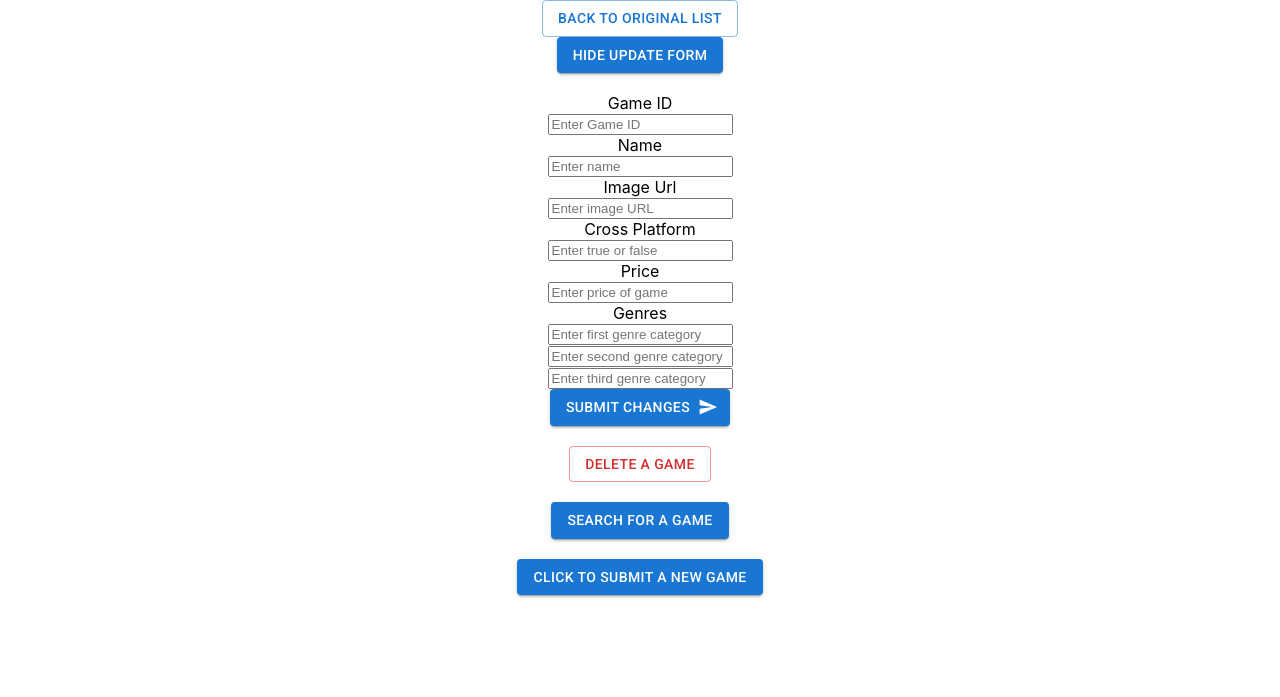
Repository: The-Software-Guild/assessment-2-react-nj10deadend
Page: / (app in Part-2/React-section/frontend/), after clicking the first element matching `button.MuiButton-contained`
An editor plug-in stored every save of this project. The page is shown before and after the next save, followed by the edit.
The browser window is 1280 px wide. The pictures show the whole page.
The page's requests for data from a server got no answer. The project was rebuilt for these pictures with package versions that can differ from the ones it lists, and the page was loaded fresh each time. No one was signed in, and anything a server would have sent is missing. Also part of the build but not shown: Part-2/React-section/frontend/src/components/GameCards.js.

Above is the page before, as saved 2021-12-19 21:40:30.

After the next save:
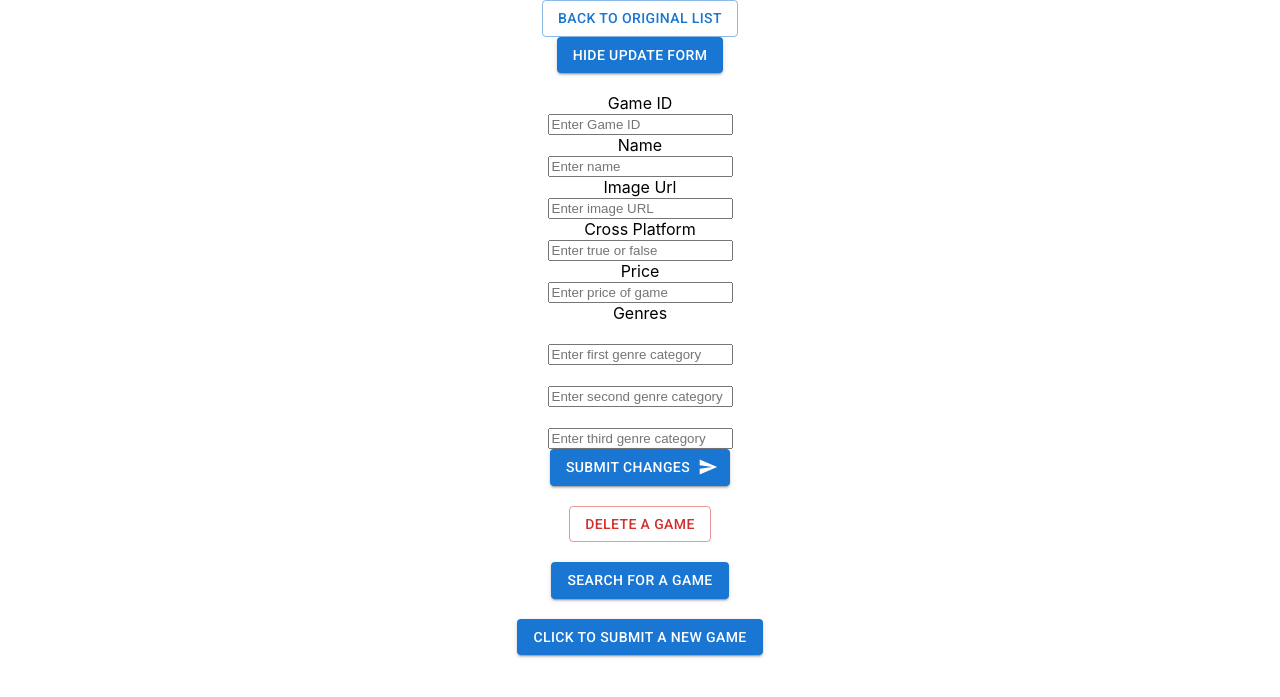
Saved 2 min 25 s later.
--- a/Part-2/React-section/frontend/src/components/UpdateGame.js
+++ b/Part-2/React-section/frontend/src/components/UpdateGame.js
@@ -83,11 +83,14 @@
                             <div>
                                 <label for="genres">Genres</label>
                                 <br></br>
+                                <br></br>
                                 <input type="text" name="genre1" placeholder="Enter first genre category" id="genre1"
                                 value={genres[0]} onChange={(event) => {setGenres([event.target.value, genres[1], genres[2]])}}/>
                                 <br></br>
+                                <br></br>
                                 <input type="text" name="genre2" placeholder="Enter second genre category" id="genre2"
                                 value={genres[1]} onChange={(event) => {setGenres([genres[0], event.target.value, genres[2] ])}}/>
+                                <br></br>
                                 <br></br>
                                 <input type="text" name="genre3" placeholder="Enter third genre category" id="genre3"
                                 value={genres[2]} onChange={(event) => {setGenres([genres[0], genres[1], event.target.value])}}/>

After the save that followed:
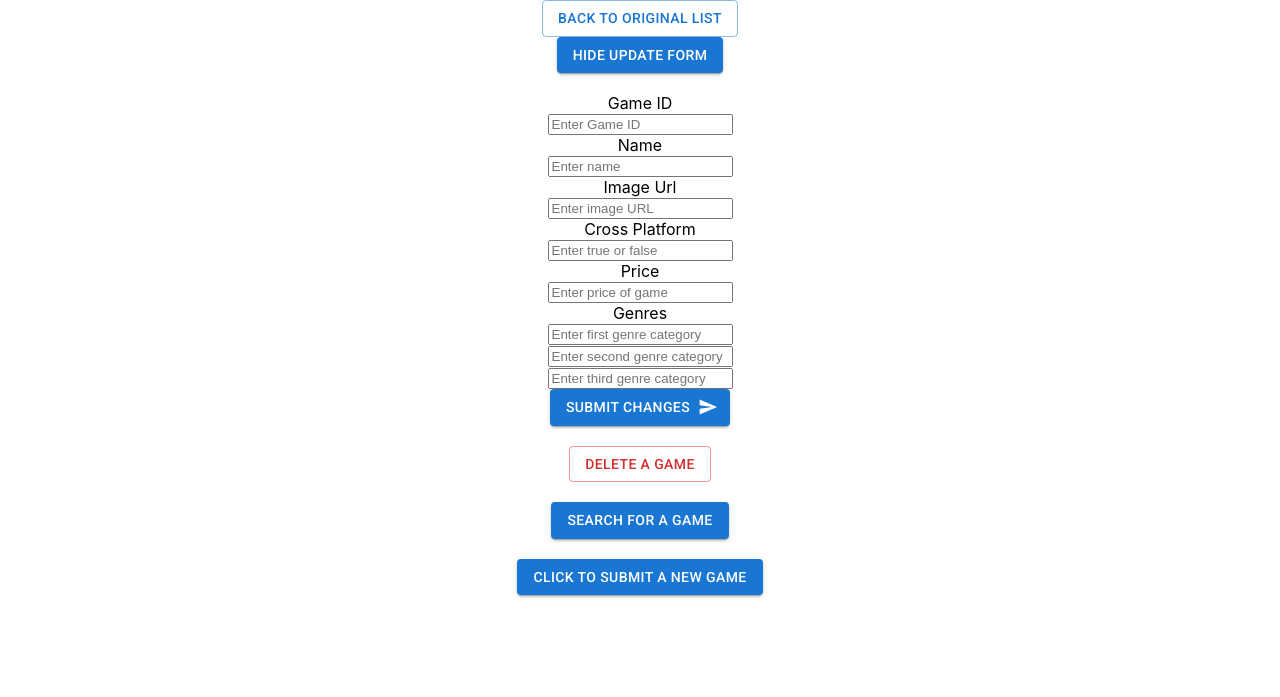
Saved 23 s later.
--- a/Part-2/React-section/frontend/src/components/UpdateGame.js
+++ b/Part-2/React-section/frontend/src/components/UpdateGame.js
@@ -83,14 +83,11 @@
                             <div>
                                 <label for="genres">Genres</label>
                                 <br></br>
-                                <br></br>
                                 <input type="text" name="genre1" placeholder="Enter first genre category" id="genre1"
                                 value={genres[0]} onChange={(event) => {setGenres([event.target.value, genres[1], genres[2]])}}/>
                                 <br></br>
-                                <br></br>
                                 <input type="text" name="genre2" placeholder="Enter second genre category" id="genre2"
                                 value={genres[1]} onChange={(event) => {setGenres([genres[0], event.target.value, genres[2] ])}}/>
-                                <br></br>
                                 <br></br>
                                 <input type="text" name="genre3" placeholder="Enter third genre category" id="genre3"
                                 value={genres[2]} onChange={(event) => {setGenres([genres[0], genres[1], event.target.value])}}/>
